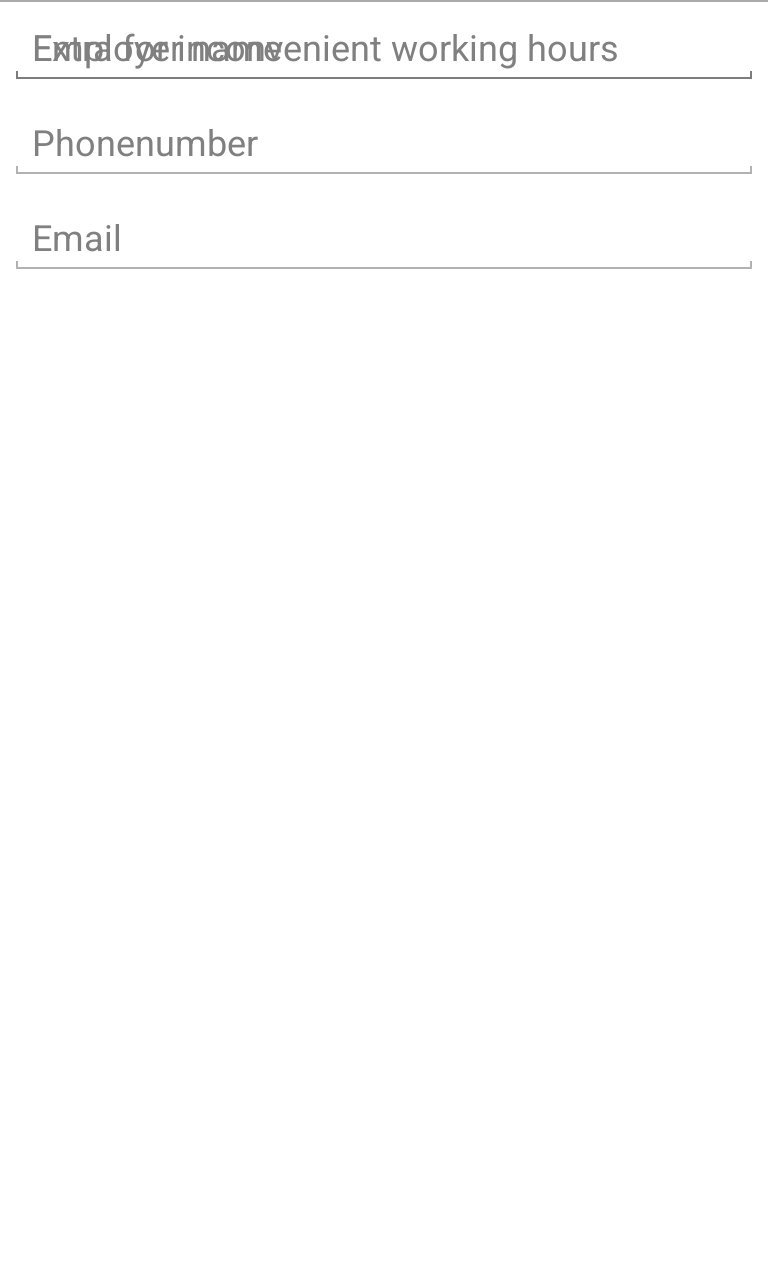
Repository: LudvigN/Hourly
Layout: Hourly/res/layout/add_emp_dialog.xml
These files come from the project's save history. The layout is drawn as it stood at one moment and after the next save; the edit follows.
It is drawn on a 768 x 1280 px phone screen (xhdpi) without system bars, with theme AppTheme; the app's code is not run.

Above is the layout before, as saved 2014-03-22 14:43:43.

After the next save:
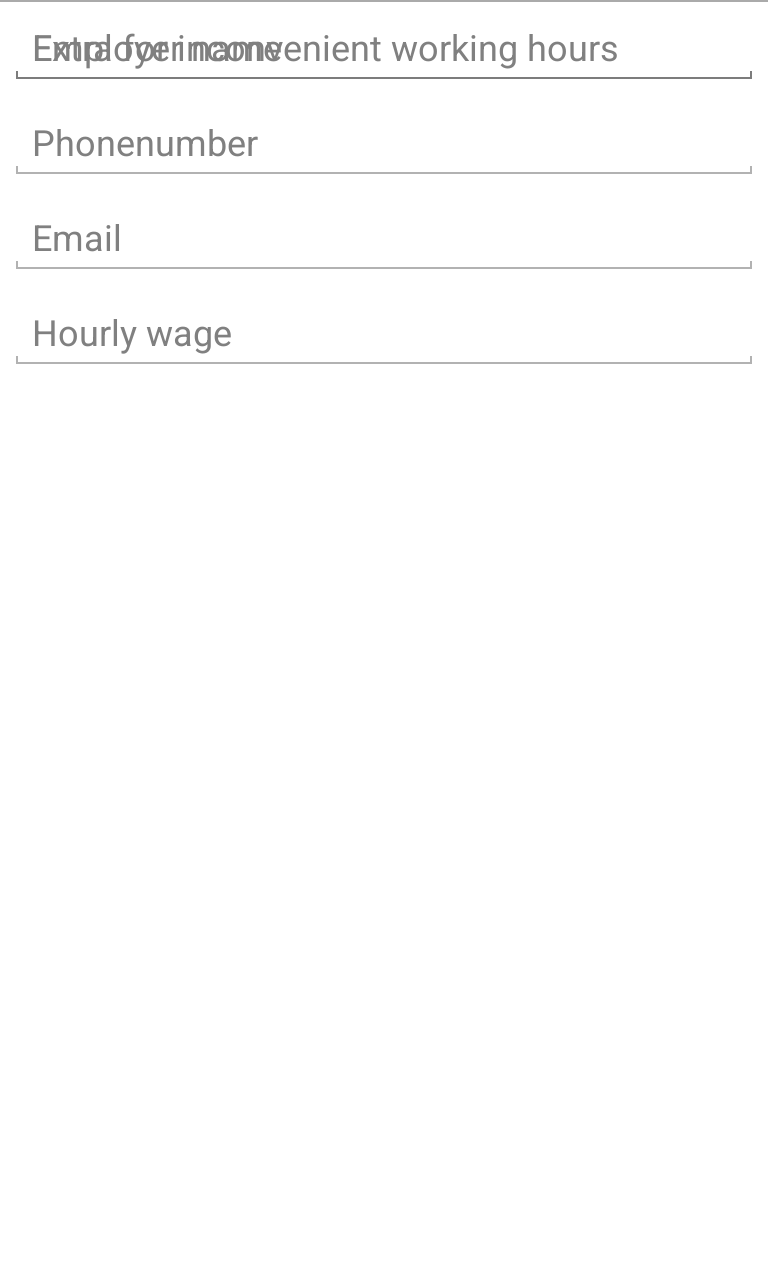
Saved 31 s later.
--- a/Hourly/res/layout/add_emp_dialog.xml
+++ b/Hourly/res/layout/add_emp_dialog.xml
@@ -41,7 +41,7 @@
         android:layout_margin="4dp"
         android:inputType="number"
         android:hint="@string/newEmpSalery"
-         android:layout_above="@id/dialog_txt_new_emp_ob"
+         android:layout_below="@id/dialog_txt_new_emp_email"
         />
      <View
     android:layout_width="fill_parent"
